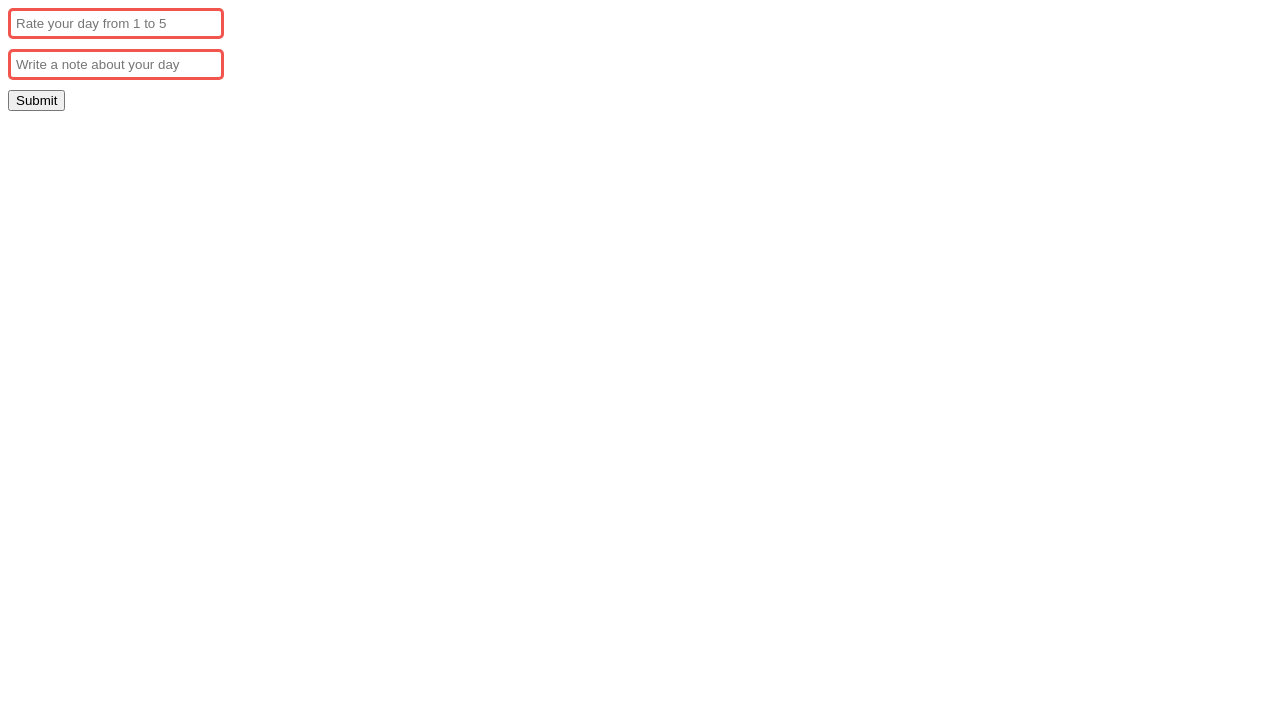
Repository: elenav24/RateMyDay
Page: frontend/index.html
These files come from the project's save history. The page is drawn as it stood at one moment and after a run of saves; the edit follows.
The browser window is 1280 px wide. The page is 1280 px wide, then 1288 px, so the pictures cover 1288 px, including what lies to the right of the window. The pictures show the whole page.

Above is the page before, as saved 2025-05-15 01:21:13.

After the next 2 saves:
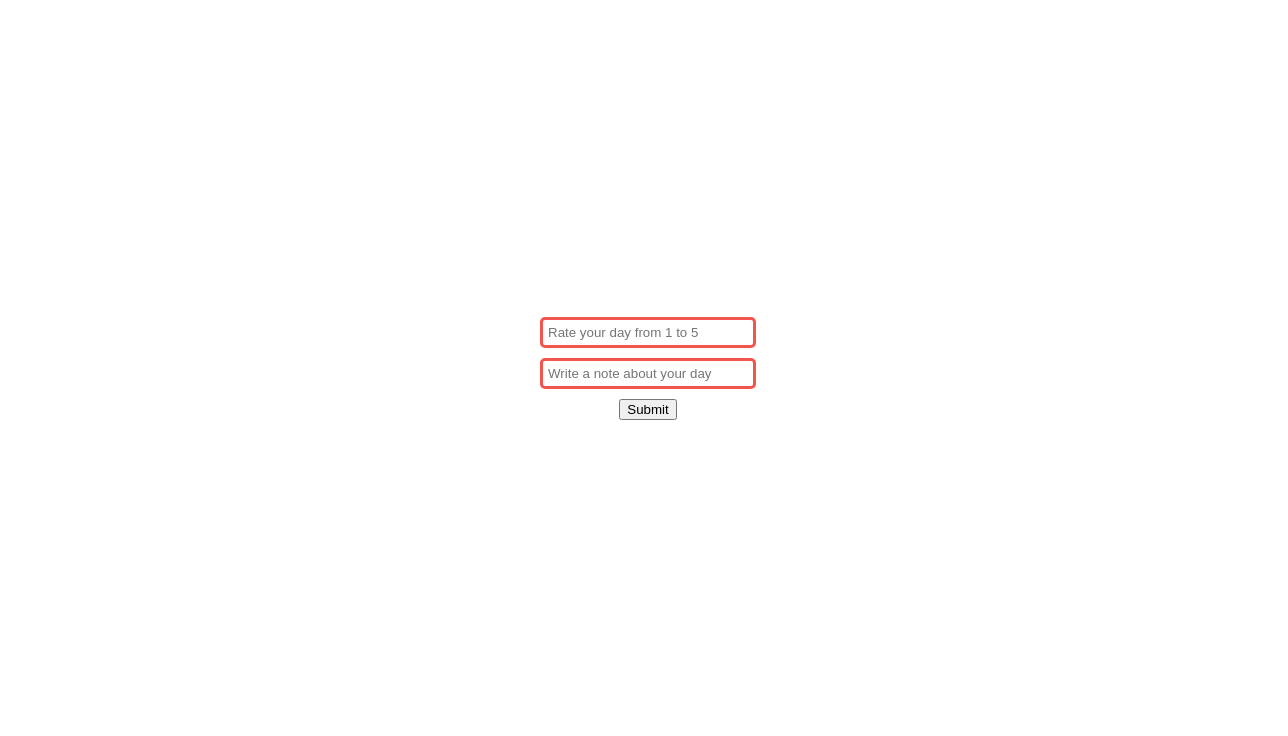
The 2 saves are shown as one change because they came seconds apart.
The last was saved 17 s later.
--- a/frontend/index.html
+++ b/frontend/index.html
@@ -9,7 +9,7 @@
         <link rel="stylesheet" href="style.css">
     </head>
     <body>
-        <div id="container">
+        <div class="container">
             <input type="text" id="rating" placeholder="Rate your day from 1 to 5">
             <input type="text" id="note" placeholder="Write a note about your day">
             <button id="submit">Submit</button>
